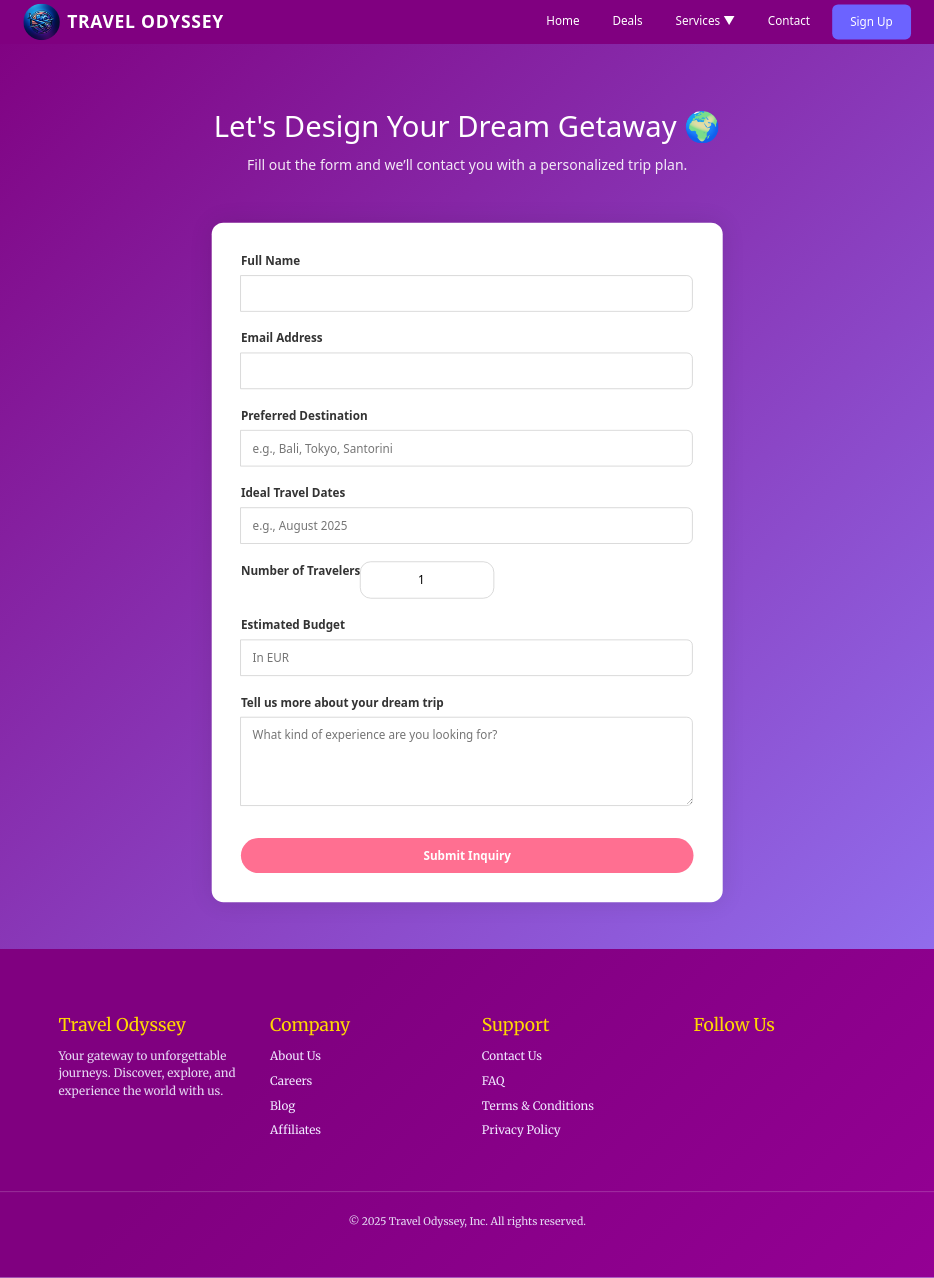
Repository: GHzPhoenix/Project-Odyssey
Page: Frontend/dream.html
An editor plug-in stored every save of this project. The page is shown before and after the next save, followed by the edit.
The browser window is 1280 px wide. The pictures show the whole page, at 73% of full size.

Above is the page before, as saved 2025-06-13 14:37:36.

### Frontend/dream.html
<!DOCTYPE html>
<html lang="en">
  <head>
    <meta charset="UTF-8" />
    <meta name="viewport" content="width=device-width, initial-scale=1.0" />
    <title>Plan Your Dream Trip – Travel Odyssey</title>
    <link rel="stylesheet" href="/Frontend/css/style.css" />
    <link rel="stylesheet" href="/Frontend/css/dream.css" />
    <link rel="preconnect" href="https://fonts.googleapis.com" />
    >
    <link rel="preconnect" href="https://fonts.gstatic.com" crossorigin />
    <link
      href="https://fonts.googleapis.com/css2?family=Merriweather:wght@300;400;700&display=swap"
      rel="stylesheet"
    />
    <link
      href="https://cdn.jsdelivr.net/npm/bootstrap@5.3.3/dist/css/bootstrap.min.css"
      rel="stylesheet"
      crossorigin="anonymous"
    />
    <style>
      header {
        position: fixed;
        top: 0;
        left: 0;
        width: 100%;
        background: var(--primary);
        z-index: 1000;
      }
      header nav {
        padding: 1rem 2rem;
        height: 60px;
        display: flex;
        align-items: center;
      }
      main {
        margin-top: 60px;
      }
    </style>
  </head>
  <body>
    <header>
      <nav>
        <div class="logo">
          <img src="/Frontend/assets/your-logo.png" alt="Logo" />
          Travel Odyssey
        </div>
        <div class="menu-toggle" onclick="toggleMenu()">
          <div></div>
          <div></div>
          <div></div>
        </div>
        <ul class="nav-menu">
          <li><a href="index.html">Home</a></li>
          <li><a href="deals.html">Deals</a></li>
          <li class="dropdown-parent">
            <a href="#">Services ▼</a>
            <div class="dropdown">
              <a href="membership.html">Memberships</a>
              <a href="dream.html">Plan your Trip</a>
              <a href="client-area.html">Client Area</a>
            </div>
          </li>
          <li><a href="contact.html">Contact</a></li>
          <li><a href="signup.html" class="signup-btn">Sign Up</a></li>
        </ul>
      </nav>
    </header>

    <main>
      <section class="dream-intro">
        <h2>Let's Design Your Dream Getaway 🌍</h2>
        <p>
          Fill out the form and we’ll contact you with a personalized trip plan.
        </p>
      </section>

      <section class="dream-form">
        <form id="dreamtrip-form">
          <div class="input-group">
            <label for="name">Full Name</label>
            <input type="text" id="name" name="name" required />
          </div>
          <div class="input-group">
            <label for="email">Email Address</label>
            <input type="email" id="email" name="email" required />
          </div>
          <div class="input-group">
            <label for="destination">Preferred Destination</label>
            <input
              type="text"
              id="destination"
              name="destination"
              placeholder="e.g., Bali, Tokyo, Santorini"
              required
            />
          </div>
          <div class="input-group">
            <label for="dates">Ideal Travel Dates</label>
            <input
              type="text"
              id="dates"
              name="dates"
              placeholder="e.g., August 2025"
              required
            />
          </div>
          <div class="input-group">
            <label for="guests">Number of Travelers</label>
            <input
              type="number"
              id="guests"
              name="guests"
              min="1"
              value="1"
              required
            />
          </div>
          <div class="input-group">
            <label for="budget">Estimated Budget</label>
            <input
              type="number"
              id="budget"
              name="budget"
              placeholder="In EUR"
              min="100"
              required
            />
          </div>
          <div class="input-group">
            <label for="preferences">Tell us more about your dream trip</label>
            <textarea
              id="preferences"
              name="preferences"
              rows="4"
              placeholder="What kind of experience are you looking for?"
            ></textarea>
          </div>
          <div class="button-container">
            <button id="contact" class="submit" type="submit">
              Submit Inquiry
            </button>
          </div>
        </form>
      </section>
    </main>

    <footer class="footer">
      <div class="footer-container">
        <div class="footer-section">
          <h3>Travel Odyssey</h3>
          <p>
            Your gateway to unforgettable journeys. Discover, explore, and
            experience the world with us.
          </p>
        </div>
        <div class="footer-section">
          <h3>Company</h3>
          <ul>
            <li><a href="aboutus.html">About Us</a></li>
            <li><a href="careers.html">Careers</a></li>
            <li><a href="blog.html">Blog</a></li>
            <li><a href="affiliates.html">Affiliates</a></li>
          </ul>
        </div>
        <div class="footer-section">
          <h3>Support</h3>
          <ul>
            <li><a href="contact.html">Contact Us</a></li>
            <li><a href="faq.html">FAQ</a></li>
            <li><a href="terms.html">Terms & Conditions</a></li>
            <li><a href="privacy.html">Privacy Policy</a></li>
          </ul>
        </div>
        <div class="footer-section">
          <h3>Follow Us</h3>
          <div class="social-icons">
            <a href="#"><i class="fab fa-facebook"></i></a>
            <a href="#"><i class="fab fa-instagram"></i></a>
            <a href="#"><i class="fab fa-twitter"></i></a>
            <a href="#"><i class="fab fa-youtube"></i></a>
          </div>
        </div>
      </div>
      <hr />
      <div class="footer-bottom">
        <p>© 2025 Travel Odyssey, Inc. All rights reserved.</p>
      </div>
    </footer>

    <script>
      function toggleMenu() {
        document.querySelector(".nav-menu").classList.toggle("active");
      }
      document
        .getElementById("dreamtrip-form")
        .addEventListener("submit", async (e) => {
          e.preventDefault();
          const f = e.target;
          const body = {
            name: f.name.value.trim(),
            email: f.email.value.trim(),
            destination: f.destination.value.trim(),
            dates: f.dates.value.trim(),
            guests: parseInt(f.guests.value, 10),
            budget: parseFloat(f.budget.value),
            preferences: f.preferences.value.trim(),
          };
          try {
            const res = await fetch("http://127.0.0.1:5001/api/inquiries", {
              method: "POST",
              headers: { "Content-Type": "application/json" },
              body: JSON.stringify(body),
            });
            if (!res.ok) throw await res.json();
            alert(
              "Inquiry saved! Our team will try to make your dream trip a reality."
            );
            f.reset();
          } catch (err) {
            alert(err.error || "Submission failed");
          }
        });
    </script>
  </body>
</html>

### Frontend/css/dream.css
@import url("https://fonts.googleapis.com/css2?family=Merriweather:wght@300;400;700&display=swap");

:root {
  --primary: purple;
  --primary-light: #947fff;
  --accent: #ff6f91;
  --text-dark: #333;
  --bg-light: #f4f4f9;
  --white: #fff;
}

body {
  font-family: "Merriweather", serif;
  margin: 0;
  padding: 0;
  background: linear-gradient(135deg, var(--primary), var(--primary-light));
  color: var(--text-dark);
}

main {
  padding: 4rem 1rem;
  display: flex;
  flex-direction: column;
  align-items: center;
  text-align: center;
}

.dream-intro {
  max-width: 700px;
  margin-bottom: 3rem;
  color: var(--white);
}

.dream-intro h2 {
  font-size: 2.5rem;
  margin-bottom: 1rem;
}

.dream-intro p {
  font-size: 1.2rem;
  opacity: 0.9;
}

.dream-form {
  background: var(--white);
  padding: 2.5rem;
  border-radius: 1rem;
  max-width: 700px;
  width: 100%;
  box-shadow: 0 0 2rem rgba(0, 0, 0, 0.1);
}

.input-group {
  margin-bottom: 1.5rem;
  text-align: left;
}

.input-group label {
  display: block;
  margin-bottom: 0.5rem;
  font-weight: 600;
  color: var(--text-dark);
}

.input-group input,
.input-group textarea {
  width: 100%;
  padding: 0.75rem 1rem;
  border-radius: 0.5rem;
  border: 1px solid #ccc;
  font-size: 1rem;
}

.button-container {
  text-align: center;
}

.submit {
  background: var(--accent);
  color: var(--white);
  border: none;
  padding: 0.75rem 2rem;
  font-size: 1rem;
  border-radius: 2rem;
  cursor: pointer;
  transition: background 0.3s ease, transform 0.2s ease;
}

.submit:hover {
  background: #d54a93;
  transform: translateY(-2px);
}

@media (max-width: 768px) {
  .dream-form {
    padding: 2rem 1rem;
  }
  .dream-intro h2 {
    font-size: 2rem;
  }
  .dream-intro p {
    font-size: 1rem;
  }
}

Loaded but not shown: Frontend/css/style.css (1245 lines, source omitted)

After the next save:
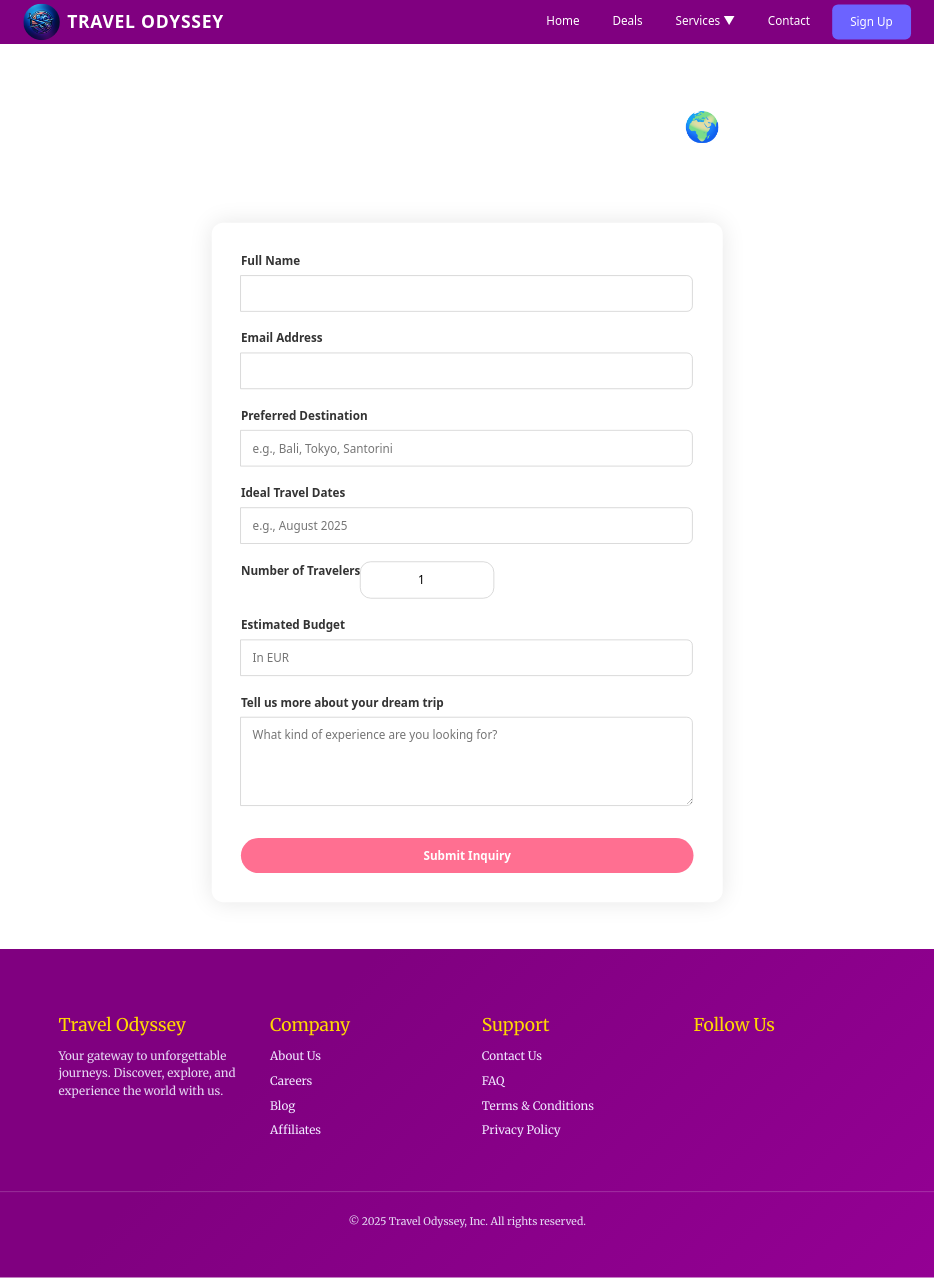
Saved 29 s later.
--- a/Frontend/css/dream.css
+++ b/Frontend/css/dream.css
@@ -1,7 +1,6 @@
 @import url("https://fonts.googleapis.com/css2?family=Merriweather:wght@300;400;700&display=swap");
 
 :root {
-  --primary: purple;
   --primary-light: #947fff;
   --accent: #ff6f91;
   --text-dark: #333;

After the save that followed:
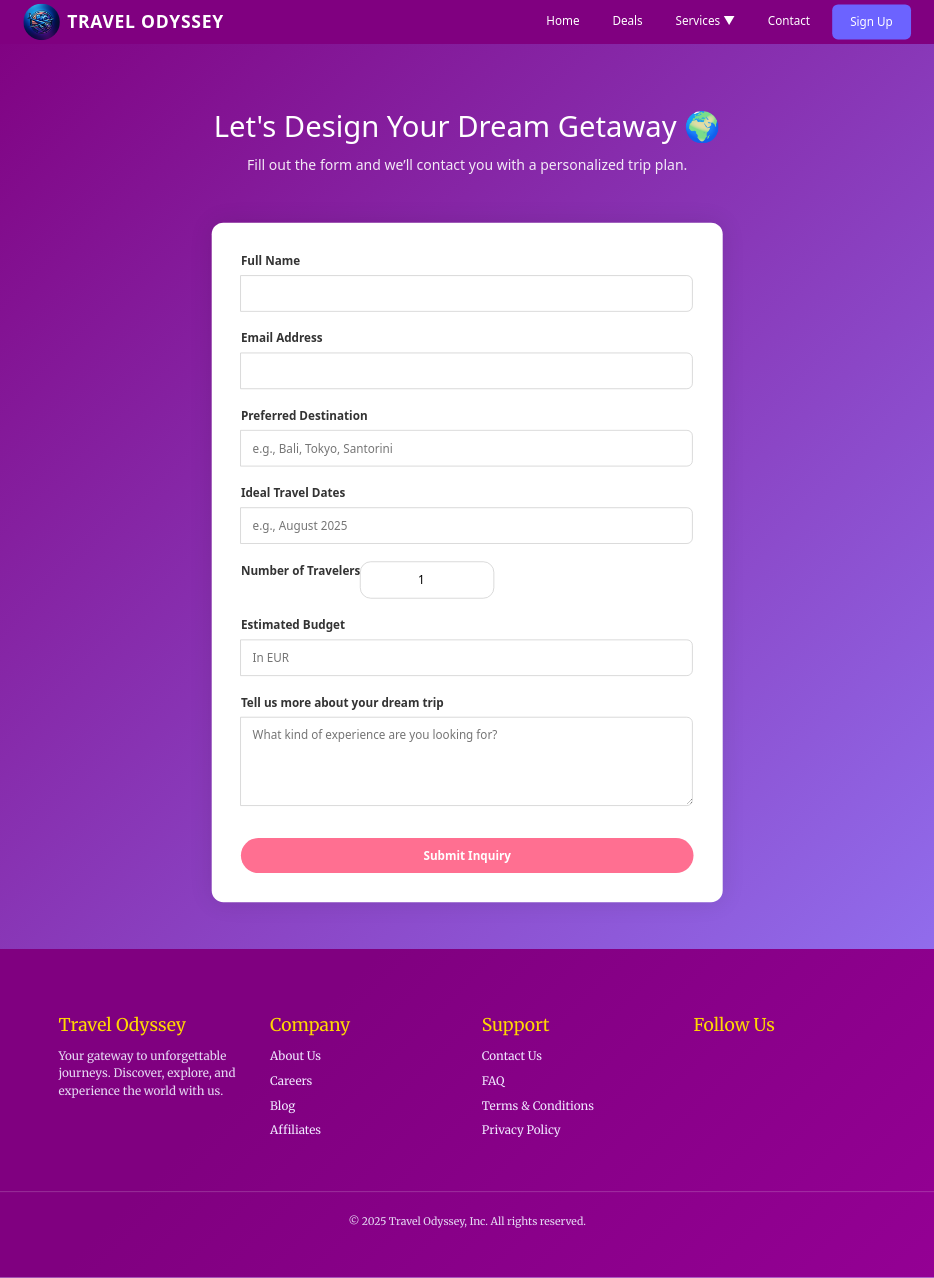
Saved 6 s later.
--- a/Frontend/css/dream.css
+++ b/Frontend/css/dream.css
@@ -1,6 +1,7 @@
 @import url("https://fonts.googleapis.com/css2?family=Merriweather:wght@300;400;700&display=swap");
 
 :root {
+  --primary: purple;
   --primary-light: #947fff;
   --accent: #ff6f91;
   --text-dark: #333;
